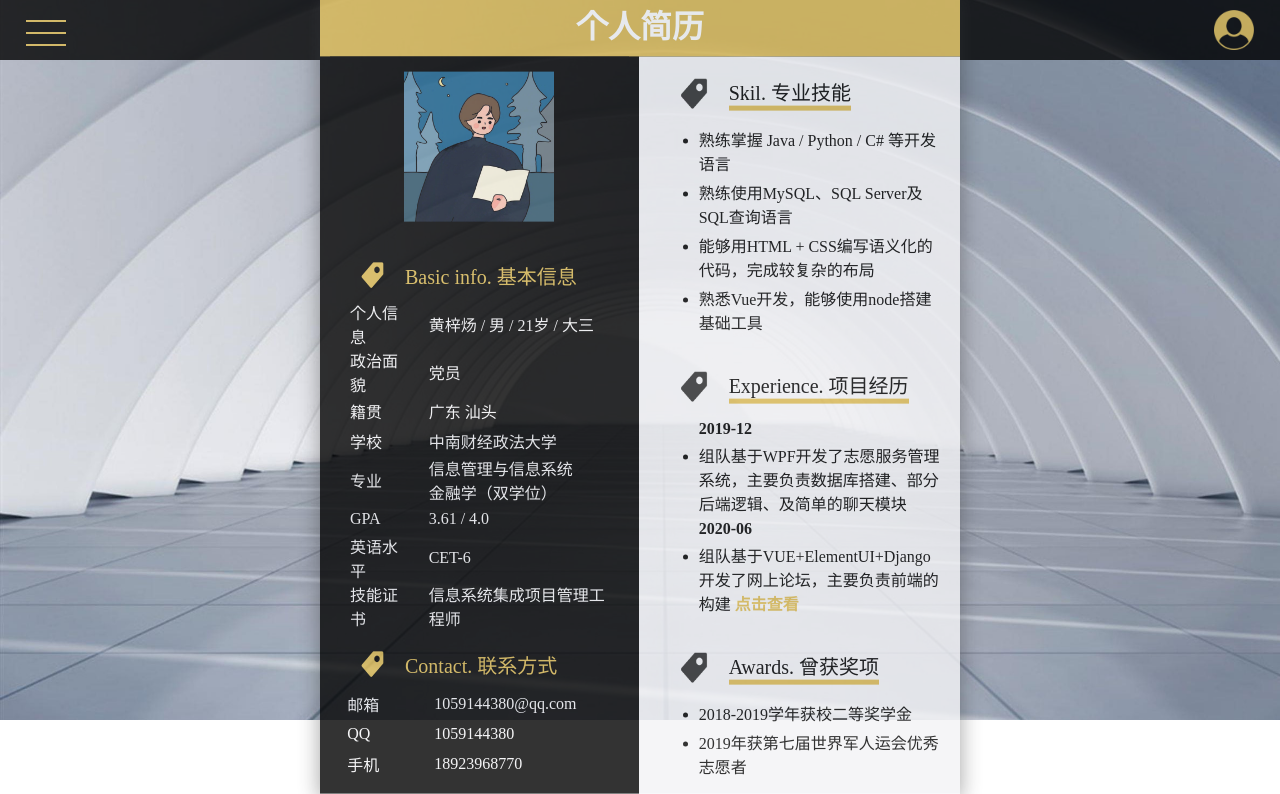
Repository: ustc-hzy/ziYang
Page: resume.html
An editor plug-in stored every save of this project. The page is shown before and after the next save, followed by the edit.
The browser window is 1280 px wide. The pictures show the whole page.

Above is the page before, as saved 2020-06-19 11:39:21.

After the next save:
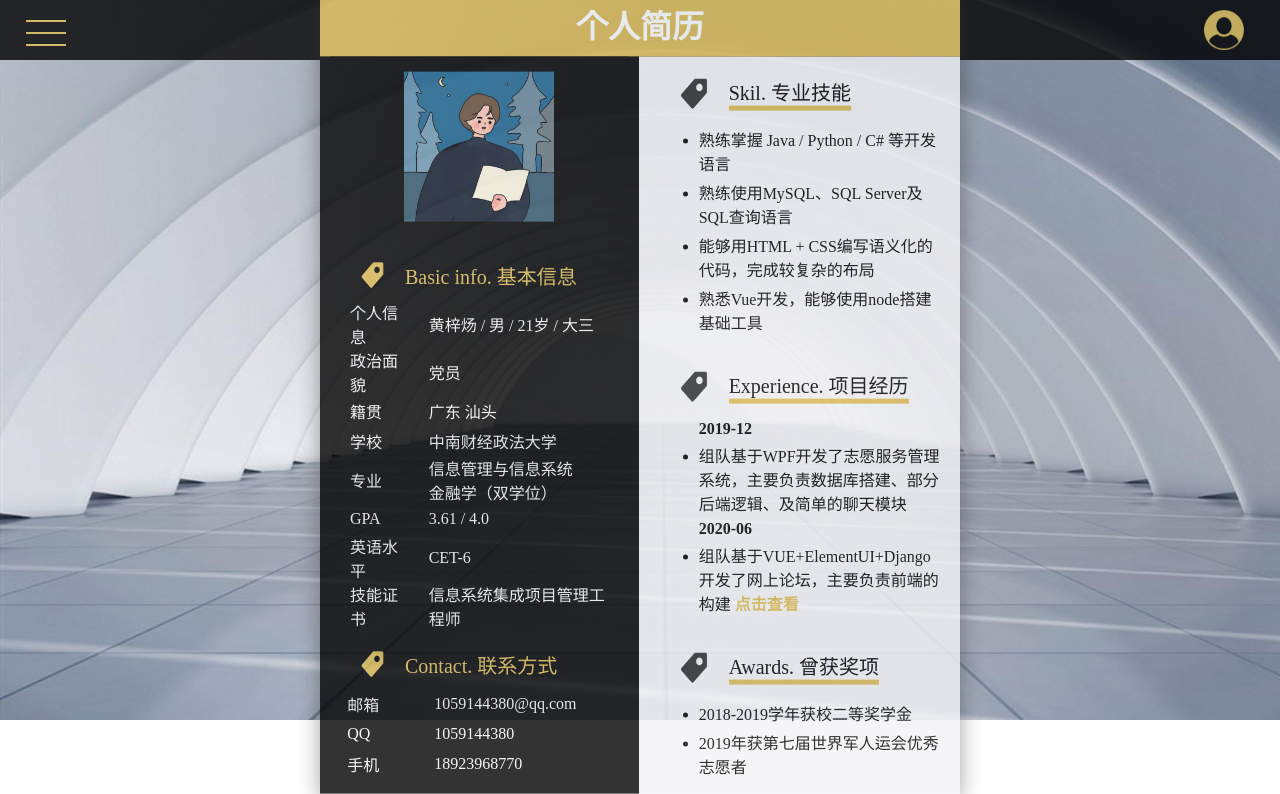
Saved 10 s later.
--- a/css/style.css
+++ b/css/style.css
@@ -137,7 +137,7 @@ nav a{
     font-size: 40px;
 }
 a img{
-    margin-top: 10px;
+    padding: 10px;
 }
 label{
     display: flex;
